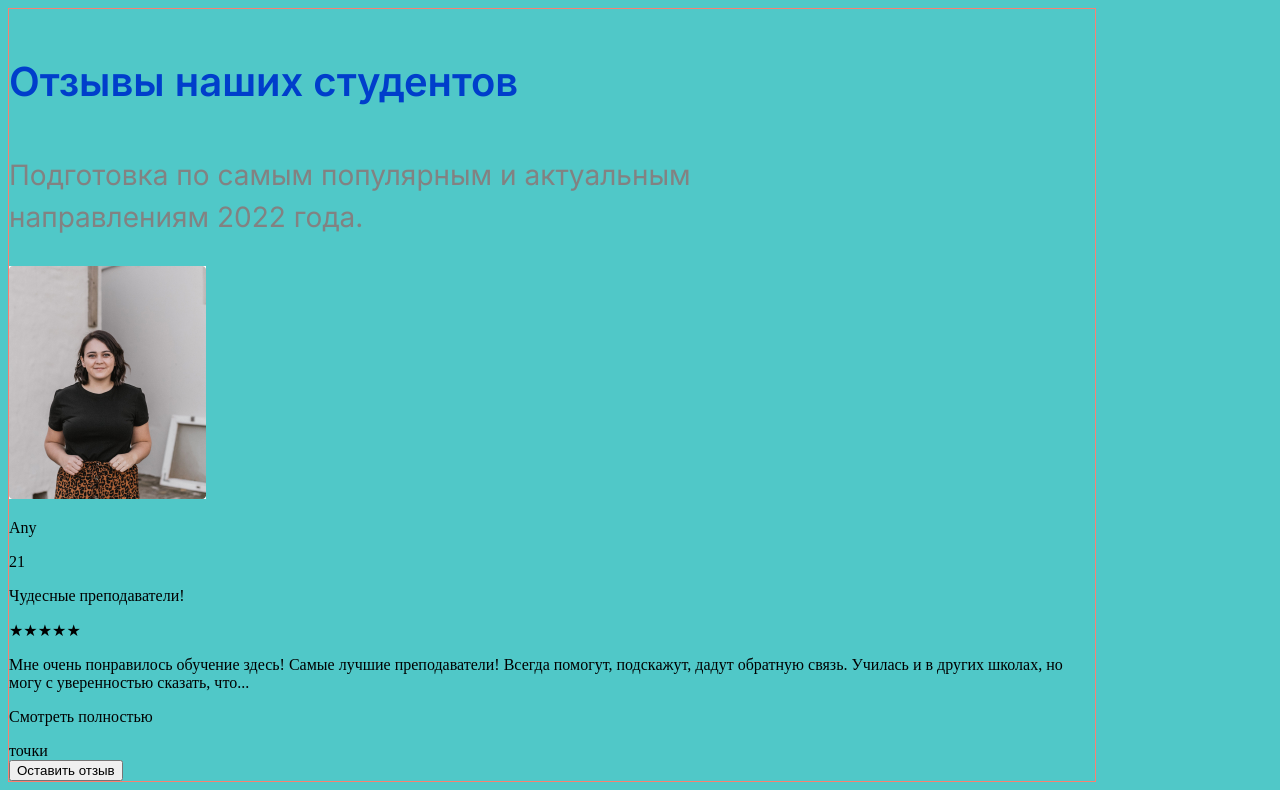
Repository: Malvuna/Studi
Page: index.html
The author's editor kept a copy of each file at every save. The page is drawn from the files as they stood at one save, then again after a run of saves.
The browser window is 1280 px wide. The pictures show the whole page.

Above is the page before, as saved 2022-07-11 17:17:04.

After the next 3 saves:
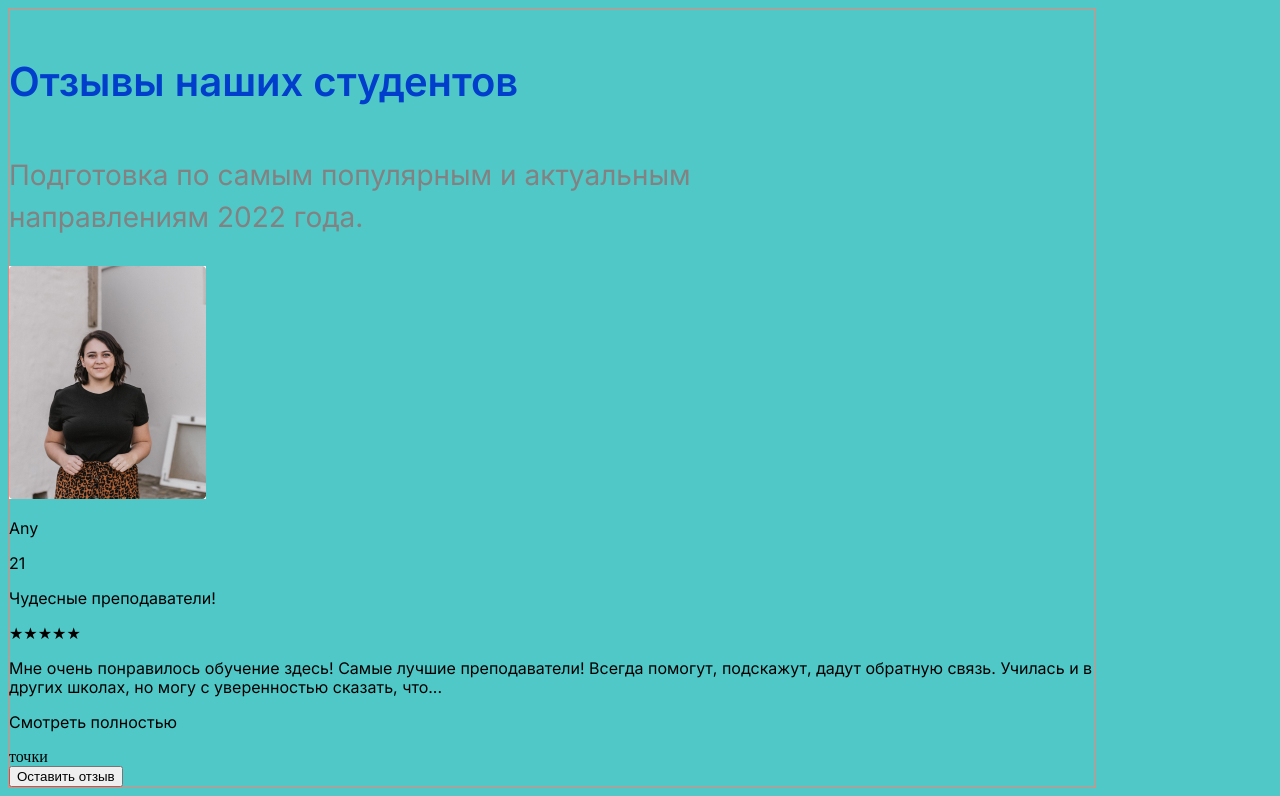
The 3 saves are shown as one change because they came seconds apart.
The last was saved 15 s later.
--- a/css/style.css
+++ b/css/style.css
@@ -33,5 +33,10 @@ background-color: red;
 }
 
 .textName {
-
+    font-family: 'Inter';
+font-style: normal;
+font-weight: 400;
+font-size: 16px;
+line-height: 19px;
+color: #000000;
 }
